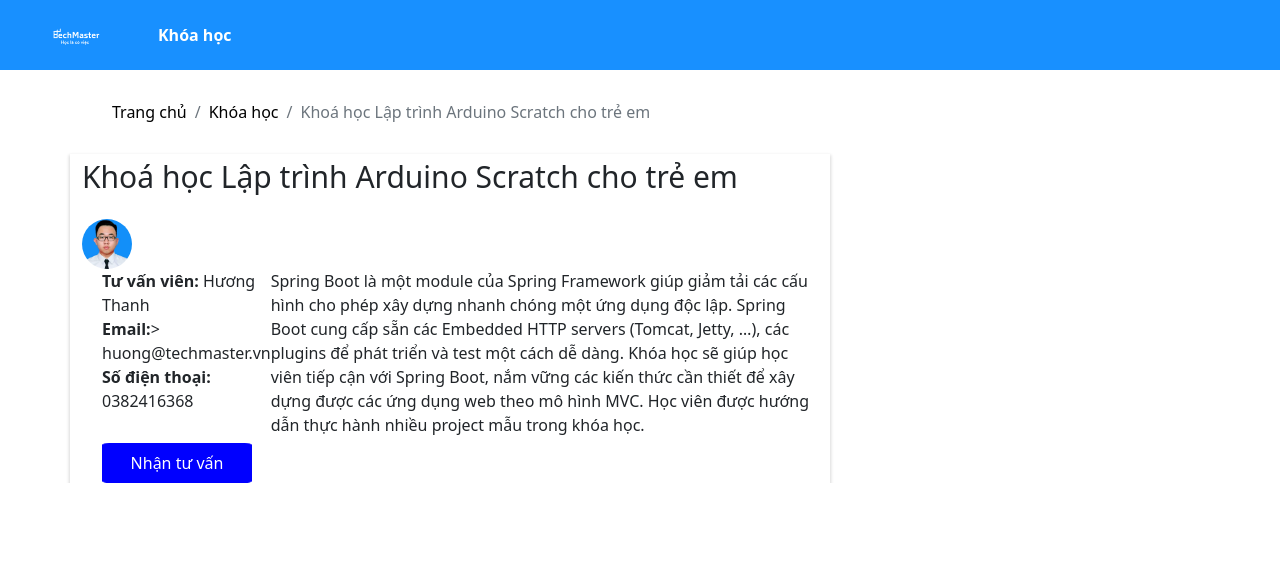
Repository: khanhnahk306/khanhnahk.github.io
Page: Clone_Techmaster/html/kid.html
An editor plug-in stored every save of this project. The page is shown before and after the next save, followed by the edit.
The browser window is 1280 px wide. The pictures show the whole page.

Above is the page before, as saved 2022-06-10 13:28:06.

After the next save:
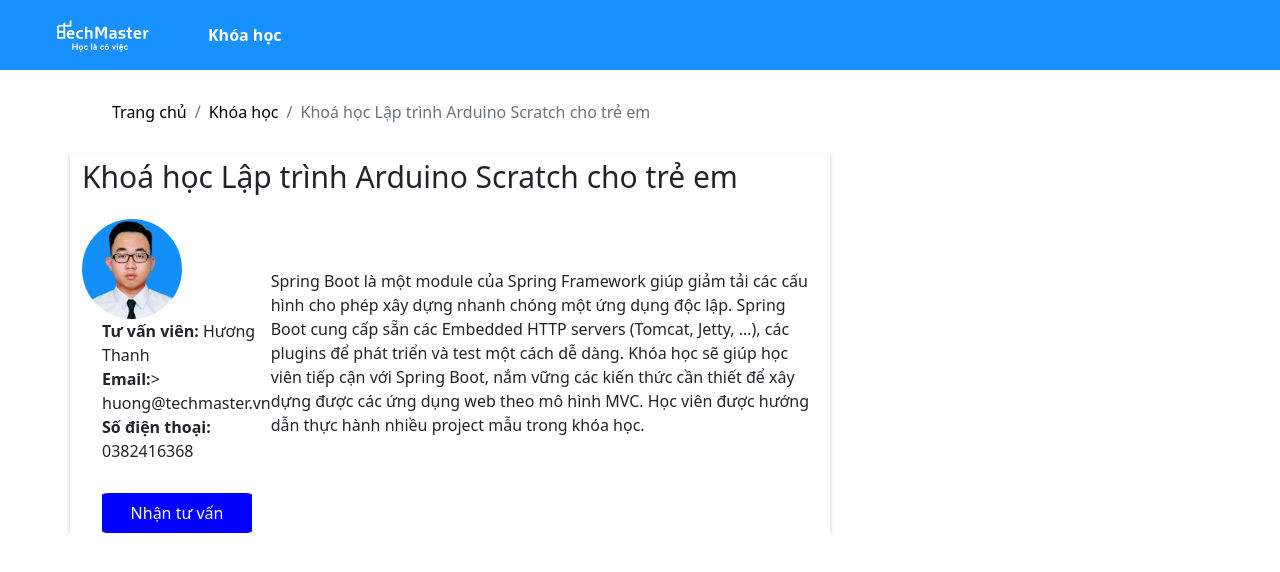
Saved 7 s later.
--- a/Clone_Techmaster/html/kid.html
+++ b/Clone_Techmaster/html/kid.html
@@ -39,7 +39,7 @@
         }
 
         img {
-            max-width: 50px;
+            max-width: 100px;
             border-radius: 50%;
             -moz-border-radius: 50%;
             -webkit-border-radius: 50%;
